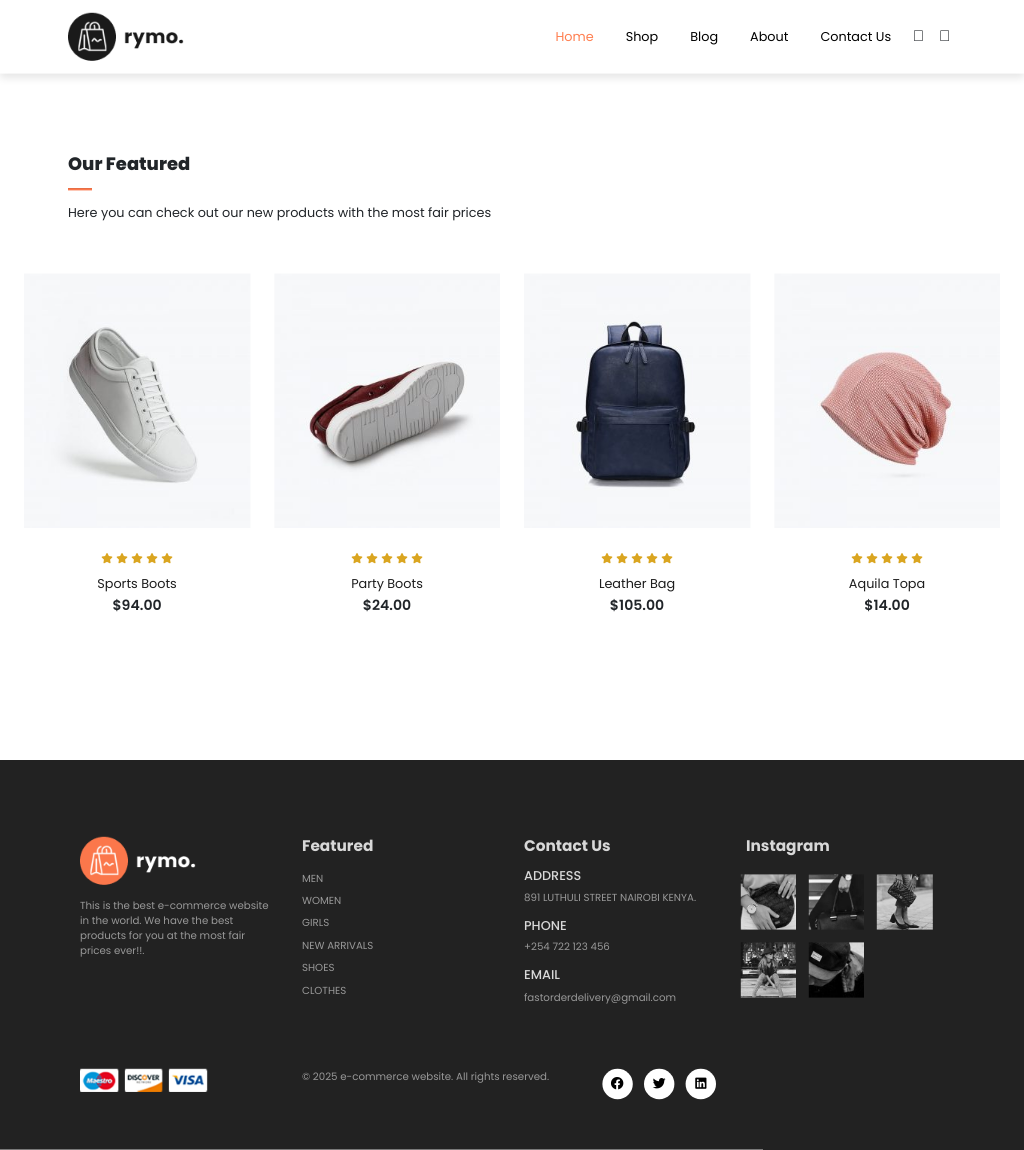
Repository: peter417waweru/e-commerce-UI
Page: shop.html
The author's editor kept a copy of each file at every save. The page is drawn from the files as they stood at one save, then again after the next save.
The browser window is 1280 px wide. The pictures show the whole page, at 80% of full size.
Some web libraries are served in a nearby version.

Above is the page before, as saved 2025-02-08 12:11:35.

### shop.html
<!DOCTYPE html>
<html lang="en">
    <head>
        <meta charset="UTF-8">
        <meta http-equiv="X-UA-Compatible" content="IE=edge">
        <meta name="viewport" content="width=device-width, initial-scale=1.0">
        <title>Shop</title>

        <link rel="stylesheet" href="https://cdn.jsdelivr.net/npm/bootstrap@4.1.3/dist/css/bootstrap.min.css"
        integrity="sha384-MCw98/SFnGE8fJT3GXwEOngsV7Zt27NXFoaoApmYm81iuXoPkFOJwJ8ERdknLPMO" crossorigin="anonymous">

        <link rel="stylesheet" href="https://pro.fontawesome.com/releases/v5.10.0/css/all.css" />

        <link rel="stylesheet" href="./style.css">
    </head>

    <body>

        <nav class="navbar navbar-expand-lg navbar-light bg-white py-3 fixed-top">
            <div class="container">
              <img src="img/logo1.png" alt="">
              <button class="navbar-toggler" type="button" data-bs-toggle="collapse" data-bs-target="#navbarSupportedContent" aria-controls="navbarSupportedContent" aria-expanded="false" aria-label="Toggle navigation">
                <span><i id="bar" class="fas fa-bars"></i></span>
              </button>
              <div class="collapse navbar-collapse" id="navbarSupportedContent">
                <ul class="navbar-nav ml-auto">
                  <li class="nav-item">
                    <a class="nav-link active" aria-current="page" href="index.html">Home</a>
                  </li>
                  <li class="nav-item">
                    <a class="nav-link" aria-current="page" href="shop.html">Shop</a>
                  </li>
                  <li class="nav-item">
                    <a class="nav-link" aria-current="page" href="#">Blog</a>
                  </li>
                  <li class="nav-item">
                    <a class="nav-link" aria-current="page" href="#">About</a>
                  </li>
                  <li class="nav-item">
                    <a class="nav-link" aria-current="page" href="#">Contact Us</a>
                  </li>
                  <li class="nav-item">
                    <i class="fal fa-search"></i>
                    <i class="fal fa-shopping-bag"></i>
                  </li>


                </ul>

              </div>
            </div>
        </nav>

        <section id="featured" class="my-5 py-5">
            <div class="container mt-5 py-5">
              <h3>Our Featured</h3>
              <hr>
              <p>Here you can check out our new products with the most fair prices</p>
            </div>
            <div class="row mx-auto container-fluid">
              <div class="product text-center col-lg-3 col-md-4 col-12">
                <img class="img-fluid mb-3" src="img/featured/1.jpg" alt="">
                <div class="star">
                  <i class="fas fa-star"></i>
                  <i class="fas fa-star"></i>
                  <i class="fas fa-star"></i>
                  <i class="fas fa-star"></i>
                  <i class="fas fa-star"></i>
                </div>
                <h5 class="p-name">Sports Boots</h5>
                <h4 class="p-price">$94.00</h4>
                <button class="buy-btn">Buy Now</button>
              </div>
              <div class="product text-center col-lg-3 col-md-4 col-12">
                <img class="img-fluid mb-3" src="img/featured/2.jpg" alt="">
                <div class="star">
                  <i class="fas fa-star"></i>
                  <i class="fas fa-star"></i>
                  <i class="fas fa-star"></i>
                  <i class="fas fa-star"></i>
                  <i class="fas fa-star"></i>
                </div>
                <h5 class="p-name">Party Boots</h5>
                <h4 class="p-price">$24.00</h4>
                <button class="buy-btn">Buy Now</button>
              </div>
              <div class="product text-center col-lg-3 col-md-4 col-12">
                <img class="img-fluid mb-3" src="img/featured/3.jpg" alt="">
                <div class="star">
                  <i class="fas fa-star"></i>
                  <i class="fas fa-star"></i>
                  <i class="fas fa-star"></i>
                  <i class="fas fa-star"></i>
                  <i class="fas fa-star"></i>
                </div>
                <h5 class="p-name">Leather Bag</h5>
                <h4 class="p-price">$105.00</h4>
                <button class="buy-btn">Buy Now</button>
              </div>
              <div class="product text-center col-lg-3 col-md-4 col-12">
                <img class="img-fluid mb-3" src="img/featured/4.jpg" alt="">
                <div class="star">
                  <i class="fas fa-star"></i>
                  <i class="fas fa-star"></i>
                  <i class="fas fa-star"></i>
                  <i class="fas fa-star"></i>
                  <i class="fas fa-star"></i>
                </div>
                <h5 class="p-name">Aquila Topa</h5>
                <h4 class="p-price">$14.00</h4>
                <button class="buy-btn">Buy Now</button>
              </div>
            </div>
        </section>


        <footer class="mt-5 py-5">
            <div class="row container mx-auto pt-5">
              <div class="footer-one col-lg-3 col-md-6 col-12">
                <img src="img/logo2.png" alt="">
                <p class="pt-3">This is the best e-commerce website in the world.
                   We have the best products for you at the most fair prices ever!!.</p>
              </div>
              <div class="footer-one col-lg-3 col-md-6 col-12">
                <h4 class="pb-2">Featured</h4>
                <ul class="text-uppercase list-unstyled">
                  <li><a href="#">men</a></li>
                  <li><a href="#">women</a></li>
                  <li><a href="#">girls</a></li>
                  <li><a href="#">new arrivals</a></li>
                  <li><a href="#">shoes</a></li>
                  <li><a href="#">clothes</a></li>
                </ul>
              </div>
              <div class="footer-one col-lg-3 col-md-6 col-12 mb-3">
                <h4 class="pb-2">Contact Us</h4>
                <div>
                  <h6 class="text-uppercase">Address</h6>
                <p>891 LUTHULI STREET NAIROBI KENYA.</p>
                </div>
                <div>
                  <h6 class="text-uppercase">Phone</h6>
                <p>+254 722 123 456</p>
                </div>
                <div>
                  <h6 class="text-uppercase">Email</h6>
                <p>fastorderdelivery@gmail.com</p>
                </div>
              </div>
              <div class="footer-one col-lg-3 col-md-6 col-12 mb-3">
                <h4 class="pb-2">Instagram</h4>
                <div class="row">
                  <img class="img-fluid w-25 h-100 m-2" src="img/insta/1.jpg" alt="">
                  <img class="img-fluid w-25 h-100 m-2" src="img/insta/2.jpg" alt="">
                  <img class="img-fluid w-25 h-100 m-2" src="img/insta/3.jpg" alt="">
                  <img class="img-fluid w-25 h-100 m-2" src="img/insta/4.jpg" alt="">
                  <img class="img-fluid w-25 h-100 m-2" src="img/insta/5.jpg" alt="">
                </div>
              </div>
            </div>
            <div class="copyright mt-5">
              <div class="row container mx-auto">
                <div class="col-lg-3 col-md-6 col-12 mb-4">
                  <img class="img-fluid" src="img/payment.png" alt="">
                </div>
                <div class="col-lg-4 col-md-6 col-12 text-nowrap mb-2">
                  <p>© 2025 e-commerce website. All rights reserved.</p>
                </div>
                <div class="col-lg-4 col-md-6 col-12">
                  <a href="#"><i class="fab fa-facebook"></i></a>
                  <a href="#"><i class="fab fa-twitter"></i></a>
                  <a href="#"><i class="fab fa-linkedin"></i></a>
                </div>
              </div>
            </div>
        </footer>


        <script src="https://cdn.jsdelivr.net/npm/@popperjs/core@2.9.1/dist/umd/popper.min.js"
            integrity="sha384-SR1sx49pcuLnqZUnnPwx6FCym0wLsk5JZuNx2bPPENzswTNFaQU1RDvt3wT4gWFG"
            crossorigin="anonymous"></script>
        <script src="https://cdn.jsdelivr.net/npm/bootstrap@5.0.0-beta3/dist/js/bootstrap.min.js"
            integrity="sha384-j0CNLUeiqtyaRmlzUHCPZ+Gy5fQu0dQ6eZ/xAww941Ai1SxSY+0EQqNXNE6DZiVc"
            crossorigin="anonymous"></script>
    </body>

</html>

### style.css
@import url("https://fonts.googleapis.com/css2?family=Poppins:wght@100;200;300;400;500;600;700;800;900&display=swap");
* {
  margin: 0;
  padding: 0;
  box-sizing: border-box;
}

body {
  font-family: "Poppins", sans-serif;
}

h1 {
  font-size: 2.5rem;
  font-weight: 700;
}

h2 {
  font-size: 1.8rem;
  font-weight: 600;
}

h3 {
  font-size: 1.4rem;
  font-weight: 800;
}

h4 {
  font-size: 1.1rem;
  font-weight: 600;
}

h5 {
  font-size: 1rem;
  font-weight: 400;
  color: #1d1d1d;
}

h6 {
  color: #d8d8d8;
}

hr {
  width: 30px;
  height: 2px;
  background-color: #fb774b;
}

.star {
  padding: 10px 0;
}

.star i{
  font-size: 0.8rem;
  color: goldenrod;
}

button {
  font-size: 0.8rem;
  font-weight: 700;
  outline: none;
  border: none;
  background-color: #1d1d1d;
  color: aliceblue;
  padding: 13px 30px;
  cursor: pointer;
  text-transform: uppercase;
  transition: 0.3s ease;
}

button:hover {
  background-color: #3a3833;
}

hr {
  width: 30px;
  height: 2px;

}

.navbar {
  font-size: 16px;
  background-color: #d8d8d8;
  top: 0;
  left: 0;
  box-shadow: 0 5px 10px rgba(0, 0, 0, 0.1);
}

.navbar-light .navbar-nav .nav-link{
  padding: 0 20px;
  color: black;
  transition: 0.3s ease;
}

.navbar-light .navbar-nav .nav-link:hover,
.navbar i:hover,
.navbar-light .navbar-nav .nav-link.active,
.navbar i.active
{
  color: coral;
}



.navbar i{
  font-size: 1.2rem;
  padding: 0 7px;
  cursor: pointer;
  transition: 0.3s ease;
}

/* Mobile Nav*/


.navbar-light .navbar-toggler{
  border: none;
  outline: none;
}

#bar {
  font-size: 1.5rem;
  padding: 7px;
  cursor: pointer;
  font-weight: 500;
  color: black;
  transition: 0.3s ease;
}

#bar:hover,
#bar.active{
  color: #fff;
}

@media only screen and (max-width: 990px) {

  body > nav > div > button:hover ,
  body > nav > div > button:focus {
    background-color: #fb774b;
  }

  body > nav > div > button:hover #bar,
  body > nav > div > button:focus #bar {
    background-color: #fb774b;
  }

  #navbarSupportedContent > ul {
    margin: 1rem;
    justify-content: flex-end;
    align-items: flex-end;
    text-align: right;
  }

  #navbarSupportedContent > ul > li:nth-child(n) > a {
    padding: 10px 0;
  }
}


#home {
  background-image: url("img/back.jpg");
  width: 100%;
  height: 100vh;
  background-size: cover;
  background-position: top 70px center;
  display: flex;
  flex-direction: column;
  align-items: flex-start;
  justify-content: center;

}

#home span{
  color: coral;
}

#new .one img{
  width: 100%;
  height: 100%;
  background-position: center center;
  background-repeat: no-repeat;
  background-size: cover;
  position: relative;
}


#new .row .one .details{
  position: absolute;
  width: 100%;
  height: 100%;
  top: 0;
  left: 0;
  transition: 0.3s ease;
}

#new .row .one:hover .details{
  cursor: pointer;
  background-color: rgba(255, 178, 178, 0.8);
}

#new .row .one .details button{
 display: inline-block;
 font-size: 14px;
 font-weight: 500;
 color: #2a2a2a;
 background: none;
 text-transform: uppercase;
 border-bottom: 1px solid #2a2a2a;
 padding: 1.5px;
 transform: translateY(70px);
 transition: 0.3s ease;
}

#new .row .one .details button:hover{
  cursor: pointer;
  color: #fff;
  border-bottom: 1px solid #fff;
}

#new .row .one:nth-child(1) .details{
  display: flex;
  justify-content: center;
  flex-direction: column;
  align-items: flex-start;
  text-align: start;
}

#new .row .one:nth-child(2) .details{
  display: flex;
  justify-content: center;
  flex-direction: column;
  align-items: center;
  text-align: center;
}

#new .row .one:nth-child(3) .details{
  display: flex;
  justify-content: center;
  flex-direction: column;
  align-items: flex-end;
  text-align: end;
}

/*Products*/

.product {
  cursor: pointer;
  margin-bottom: 2rem;
}

.product img{
  transition: 0.3s all;

}

.product img:hover{
  opacity: 0.7;
}

.product .buy-btn{
  background: #fb774b;
  transform: translateY(20px);
  opacity: 0;
  transition: 0.3s all;
}
.product:hover .buy-btn{
  transform: translateY(0px);
  opacity: 1;
}

#banner {
  background-image: url("img/banner/2.jpg");
  width: 100%;
  height: 60vh;
  background-size: cover;
  background-position: top 70px center;
  background-repeat: no-repeat;
  background-attachment: fixed;
  display: flex;
  flex-direction: column;
  align-items: flex-start;
  justify-content: center;
}

#banner h4{
  color: #D8D8D8;
}

#banner h1{
  color: #D8D8D8;
}

#banner button{
  background-color: #fb774b;
}

footer{
  background-color: #222222;
}

footer h4 {
  color: #D8D8D8;
  font-size: 1.2rem;
  font-weight: 700;
}

footer li {
  padding-bottom: 4px;
}

footer li a {
  font-size: 0.8rem;
  color: #999;
}

footer li a:hover {
  color: #D8D8D8;
}

footer p{
  color: #999;
  font-size: 0.8rem;
}

footer .copyright a{
  color: #000;
  width: 38px;
  height: 38px;
  background-color: #fff;
  display: inline-block;
  text-align: center;
  line-height: 38px;
  border-radius: 50%;
  transition: 0.3s ease;
  margin: 0 5px;

}

footer .copyright a:hover{
  color: #fff;
  background-color: #fb774b;
}

.container-peter-html {
  max-width: 1200px;
  margin: 0;
  padding: 0 10px;
}
.container-peter-html h1 {
  font-size: 2.5rem;
}

After the next save:
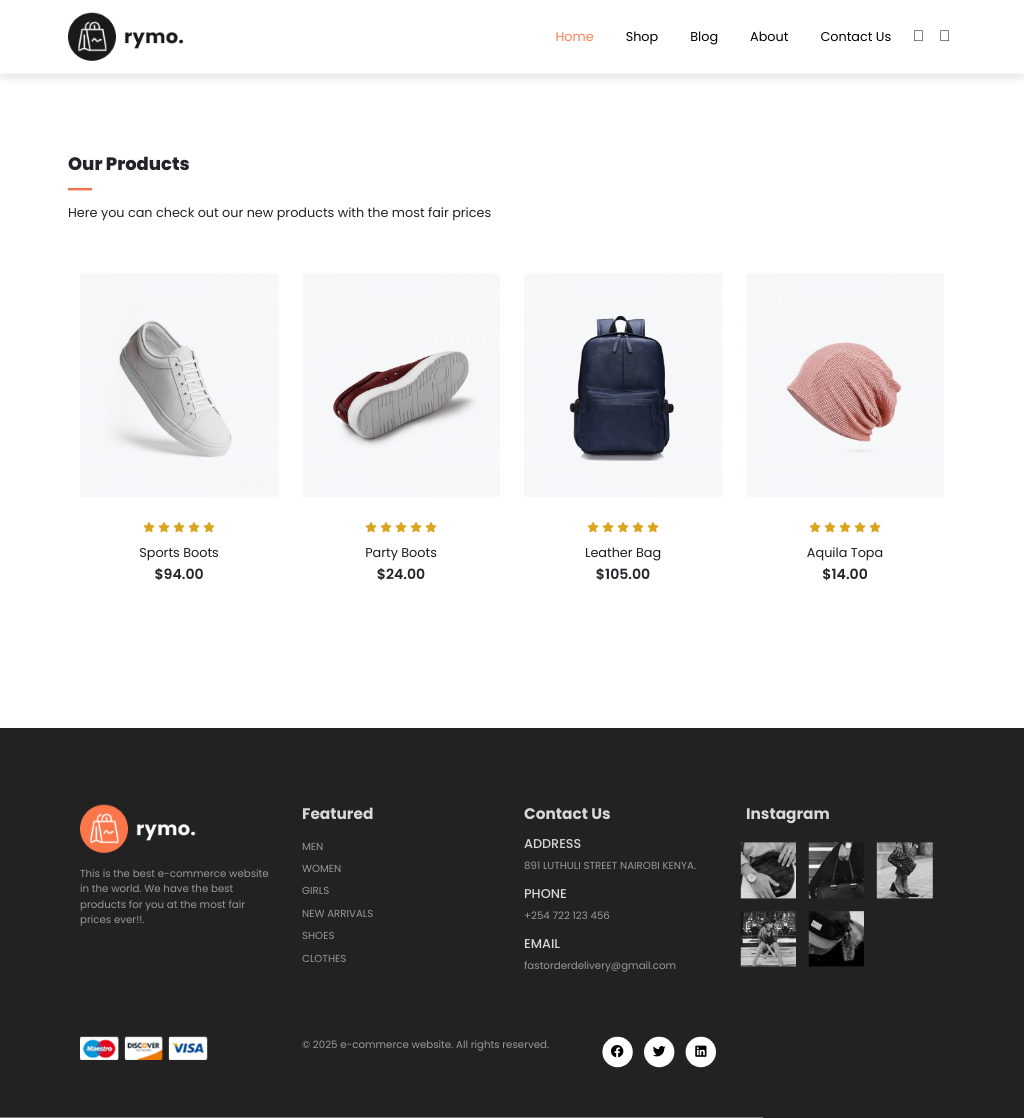
Saved 69 s later.
--- a/shop.html
+++ b/shop.html
@@ -53,11 +53,11 @@
 
         <section id="featured" class="my-5 py-5">
             <div class="container mt-5 py-5">
-              <h3>Our Featured</h3>
+              <h3>Our Products</h3>
               <hr>
               <p>Here you can check out our new products with the most fair prices</p>
             </div>
-            <div class="row mx-auto container-fluid">
+            <div class="row mx-auto container">
               <div class="product text-center col-lg-3 col-md-4 col-12">
                 <img class="img-fluid mb-3" src="img/featured/1.jpg" alt="">
                 <div class="star">
